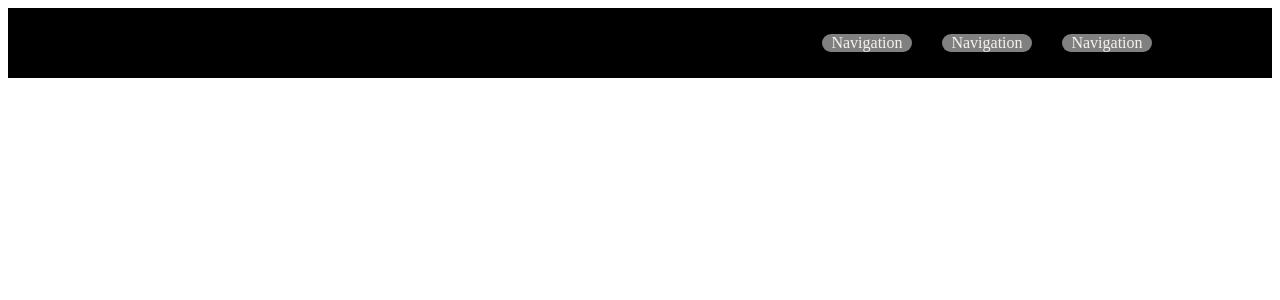
Repository: piotrokrutniak/Projekt-Studia
Page: index.html
The author's editor kept a copy of each file at every save. The page is drawn from the files as they stood at one save, then again after the next save.
The browser window is 1280 px wide. The pictures show the whole page.

Above is the page before, as saved 2023-03-04 02:56:37.

After the next save:
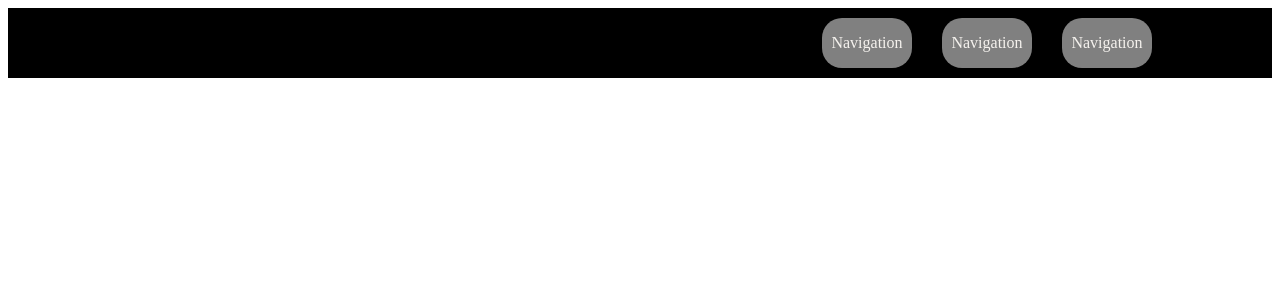
Saved 13 s later.
--- a/styles.css
+++ b/styles.css
@@ -35,7 +35,8 @@ a{
 .navigation-link{
     position: relative;
     height: 50px;
-
+    background: gray;
+    border-radius: 20px;
 }
 
 .navigation-link:hover{
@@ -50,8 +51,6 @@ a{
     top: 50%;
     -ms-transform: translateY(-50%);
     transform: translateY(-50%);
-    background: gray;
-    border-radius: 20px;
 }
 
 .logo{
